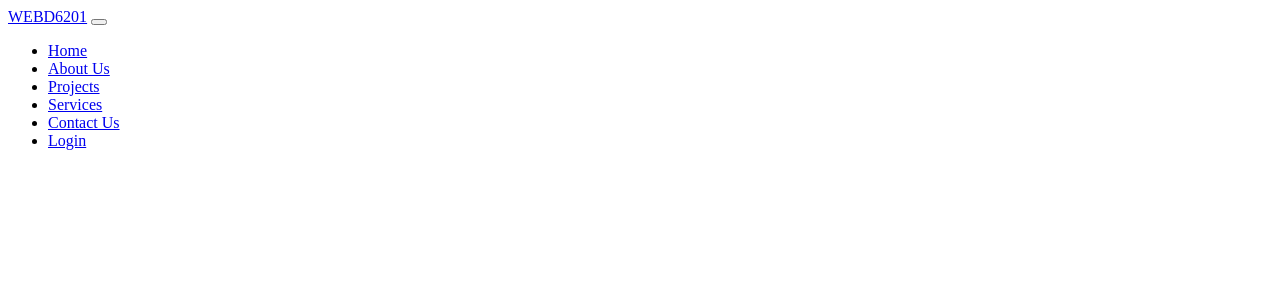
Repository: AshokSasi/WEBD6201-ASasitharan-ICE6
Page: Views/components/header.html
The author's editor kept a copy of each file at every save. The page is drawn from the files as they stood at one save, then again after the next save.
The browser window is 1280 px wide. The pictures show the whole page.

Above is the page before, as saved 2021-03-03 09:21:28.

After the next save:
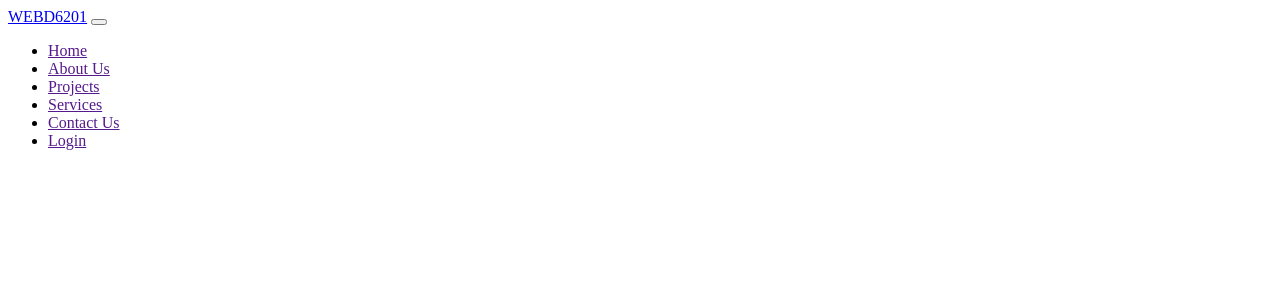
Saved 6 min 3 s later.
--- a/Views/components/header.html
+++ b/Views/components/header.html
@@ -11,27 +11,27 @@
               <div class="collapse navbar-collapse" id="navbarSupportedContent">
                 <ul class="navbar-nav me-auto mb-2 mb-lg-0">
                   <li class="nav-item">
-                    <a id="home" class="nav-link" aria-current="page" href="#"><i class="fas fa-home fa-lg"></i> Home</a>
+                    <a id="home" class="nav-link" aria-current="page" href=""><i class="fas fa-home fa-lg"></i> Home</a>
                   </li>
 
                   <li class="nav-item">
-                    <a  id="about" class="nav-link" aria-current="page" href="#"><i class="fas fa-info fa-lg"></i> About Us</a>
+                    <a  id="about" class="nav-link" aria-current="page" href=""><i class="fas fa-info fa-lg"></i> About Us</a>
                   </li>
 
                   <li class="nav-item">
-                    <a id="projects" class="nav-link" aria-current="page" href="#"><i class="fas fa-cog fa-lg"></i> Projects</a>
+                    <a id="projects" class="nav-link" aria-current="page" href=""><i class="fas fa-cog fa-lg"></i> Projects</a>
                   </li>
 
                   <li class="nav-item">
-                    <a id="services" class="nav-link" aria-current="page" href="#"><i class="fas fa-map fa-lg"></i> Services</a>
+                    <a id="services" class="nav-link" aria-current="page" href=""><i class="fas fa-map fa-lg"></i> Services</a>
                   </li>
 
                   <li class="nav-item">
-                    <a id="contact" class="nav-link" aria-current="page" href="#"><i class="fas fa-phone fa-lg"></i> Contact Us</a>
+                    <a id="contact" class="nav-link" aria-current="page" href=""><i class="fas fa-phone fa-lg"></i> Contact Us</a>
                   </li>
 
                   <li class="nav-item">
-                    <a id="login" class="nav-link" aria-current="page" href="#"><i class="fas fa-sign-in-alt"></i> Login</a>
+                    <a id="login" class="nav-link" aria-current="page" href=""><i class="fas fa-sign-in-alt"></i> Login</a>
                   </li>
                 </ul>
               </div>
